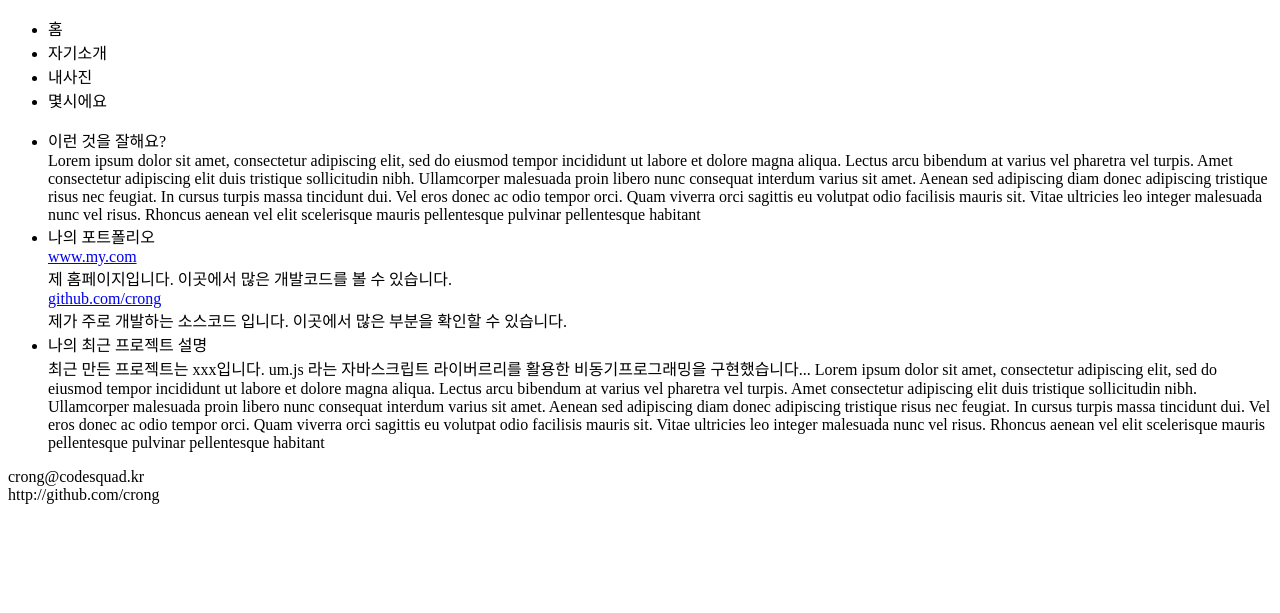
Repository: ByeongkwanNam/edwith_web
Page: eclipse-workspace/aboutme/WebContent/aboutme.html
The author's editor kept a copy of each file at every save. The page is drawn from the files as they stood at one save, then again after the next save.
The browser window is 1280 px wide. The pictures show the whole page.

Above is the page before, as saved 2019-08-15 10:17:57.

After the next save:
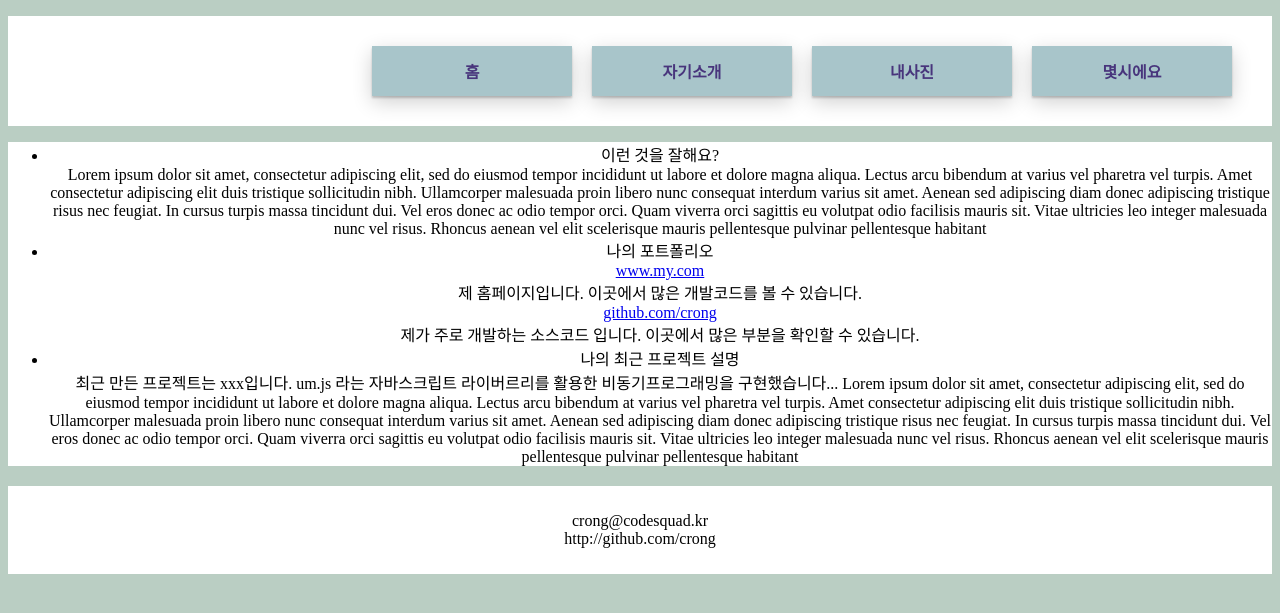
Saved 32 s later.
--- a/eclipse-workspace/aboutme/WebContent/aboutme.html
+++ b/eclipse-workspace/aboutme/WebContent/aboutme.html
@@ -5,9 +5,8 @@
 <meta charset="utf-8">
 <meta name="viewport" content="width=device-width">
 <title>자기 소개 페이지</title>
+<link rel="stylesheet" href="index.css">
 
-<style>
-</style>
 </head>
 
 <body>
